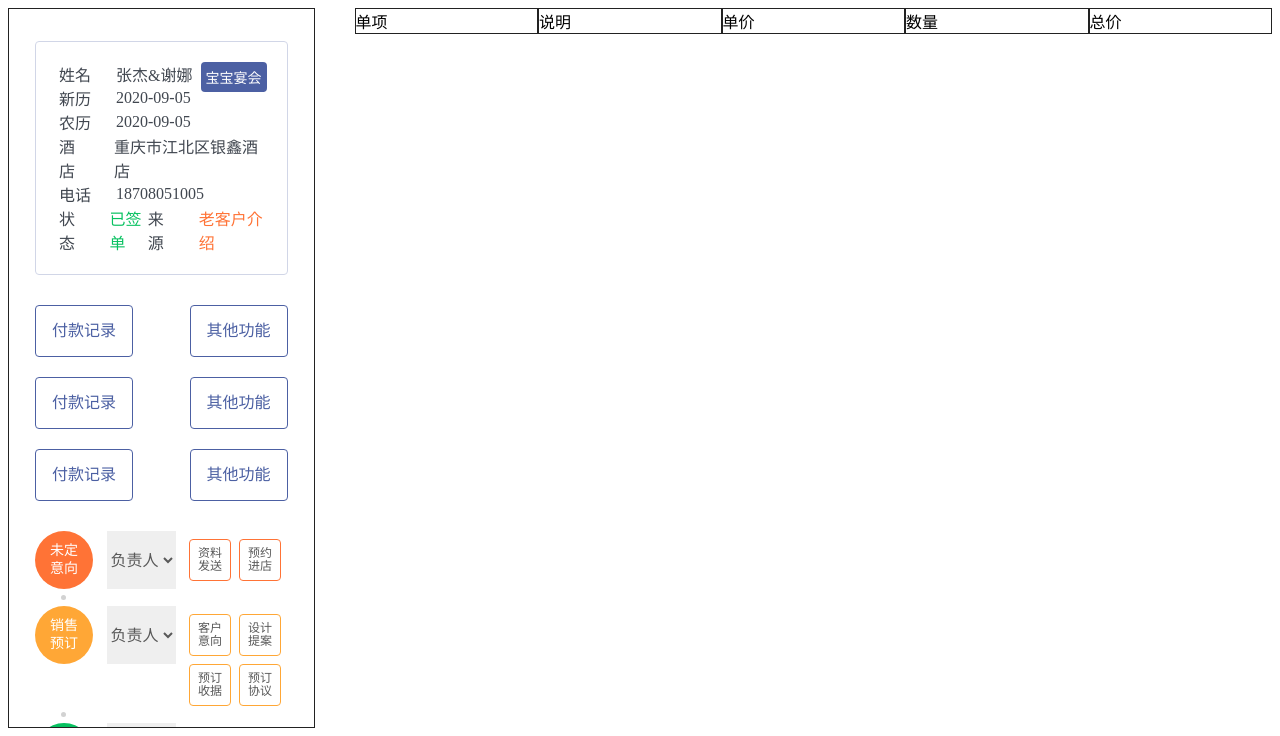
Repository: Lairuola/wedding-1
Page: index.html
The author's editor kept a copy of each file at every save. The page is drawn from the files as they stood at one save, then again after the next save.
The browser window is 1280 px wide. The pictures show the whole page.

Above is the page before, as saved 2020-12-24 15:29:31.

### index.html
<!--
 * @Author       : 濑若拉
 * @Date         : 2020-12-17 10:22:14
 * @LastEditors  : 濑若拉
 * @LastEditTime : 2020-12-24 15:29:31
 * @FilePath     : /slidebar/index.html
-->


<!DOCTYPE html>
<html lang="en">

<head>
  <meta charset="UTF-8">
  <meta name="viewport" content="width=device-width, initial-scale=1.0">
  <title>Document</title>
  <style>
    .slide-left {
      width: 402px;
      height: 100vh;
      box-sizing: border-box;
      padding: 32px 26px;
      overflow-y: auto;
      display: flex;
      flex-direction: column;
      align-items: center;
      border: 1px solid #222;
    }

    .info {
      width: 100%;
      height: 328px;
      display: flex;
      flex-direction: column;
      justify-content: space-between;
      padding: 20px 23px;
      position: relative;
      box-sizing: border-box;
      border-radius: 4px;
      border: solid 1px #d1d6e7;
    }

    .info .row {
      width: 100%;
      display: flex;
      font-size: 16px;
      color: #414750;
      flex-direction: row;
      align-items: center;
    }

    .info .row .label,
    .info .end-row .item .label {
      margin-right: 25px;
    }

    .info .end-row {
      width: 100%;
      display: flex;
      flex-direction: row;
      align-items: center;
      justify-content: space-between;
      font-size: 16px;
      color: #414750;
    }

    .info .end-row .item {
      display: flex;
      flex-direction: row;
      align-items: center;
      font-size: 16px;
      color: #414750;
    }

    .info .info-tag {
      padding: 5px;
      background-color: #4c60a3;
      border-radius: 4px;
      font-size: 14px;
      color: #fff;
      position: absolute;
      top: 20px;
      right: 20px;
    }

    .btn-area {
      width: 100%;
      display: flex;
      flex-direction: row;
      align-items: center;
      justify-content: space-between;
      flex-wrap: wrap;
      margin-top: 10px;
      margin-bottom: 30px;
    }

    .btn-area .btn {
      width: 96px;
      height: 50px;
      background-color: #ffffff;
      border-radius: 4px;
      border: solid 1px #4c60a3;
      font-size: 16px;
      color: #4c60a3;
      text-align: center;
      line-height: 50px;
      margin-top: 20px;
    }

    .bot-area {
      width: 100%;
      display: flex;
      flex-direction: column;
    }

    .bot-area .item {
      width: 100%;
      display: flex;
      flex-direction: row;
      position: relative;
      padding-bottom: 17px;
    }

    .bot-area .item .circle {
      width: 58px;
      height: 58px;
      color: #fff;
      border-radius: 100%;
      display: flex;
      align-items: center;
      justify-content: center;
    }

    .bot-area .item .circle .text {
      width: 28px;
      height: 36px;
      font-size: 14px;
      line-height: 18px;
    }

    .bot-area .item .select-wrap {
      width: 96px;
      text-align: center;
    }

    .bot-area .item .select-wrap .bot-select {
      border: none;
      outline: none;
      color: #595959;
      font-size: 16px;
      height: 58px;
    }

    .bot-area .item .btn-row {
      flex: 1;
      display: flex;
      flex-direction: row;
      flex-wrap: wrap;
      margin-right: -8px;
    }

    .bot-area .item .btn-row .btn {
      width: 40px;
      height: 40px;
      border-radius: 4px;
      margin-right: 8px;
      border: 1px solid;
      display: flex;
      align-items: center;
      justify-content: center;
      margin-top: 8px;
      color: #595959;
    }

    .bot-area .item .btn-row .btn .word {
      width: 24px;
      height: 26px;
      font-size: 12px;
      line-height: 13px;
      letter-spacing: 0px;
    }

    .bot-area .item .dot {
      width: 5px;
      height: 5px;
      background-color: #d2d2d2;
      border-radius: 100%;
      position: absolute;
      bottom: 6px;
      left: 26px;
    }

    .bot-area .item .btn-row .btn.orange {
      border-color: #ff7336;
    }

    .bot-area .item .btn-row .btn.orange:hover {
      background-color: #ff7336;
      color: #fff;
    }

    .bot-area .item .btn-row .btn.yellow {
      border-color: #ffa736;
    }

    .bot-area .item .btn-row .btn.yellow:hover {
      background-color: #ffa736;
      color: #fff;
    }

    .bot-area .item .btn-row .btn.green {
      border-color: #07c160;
    }

    .bot-area .item .btn-row .btn.green:hover {
      background-color: #07c160;
      color: #fff;
    }

    .bot-area .item .btn-row .btn.aqua {
      border-color: #0bc8cb;
    }

    .bot-area .item .btn-row .btn.aqua:hover {
      background-color: #0bc8cb;
      color: #fff;
    }

    .bot-area .item .btn-row .btn.blue {
      border-color: #3d9bfb;
    }

    .bot-area .item .btn-row .btn.blue:hover {
      background-color: #3d9bfb;
      color: #fff;
    }

    .bot-area .item .btn-row .btn.cornflowerblue {
      border-color: #4c60a3;
    }

    .bot-area .item .btn-row .btn.cornflowerblue:hover {
      background-color: #4c60a3;
      color: #fff;
    }

    .color-green {
      color: #07c160
    }

    .color-orange {
      color: #ff7336;
    }

    .bg-color-red {
      background-color: #ff7336;
    }

    .bg-color-yellow {
      background-color: #ffa736;
    }

    .bg-color-green {
      background-color: #07c160;
    }

    .bg-color-aqua {
      background-color: #0bc8cb;
    }

    .bg-color-blue {
      background-color: #3d9bfb;
    }

    .bg-color-cornflowerblue {
      background-color: #4c60a3;
    }
  </style>
  <style>
    .my-table {
      width: 100%;
      height: 80vh;
      display: flex;
      flex-direction: column;
      margin-left: 40px;
      /* border: 1px solid #222; */
      /* border: 1px solid #eff1f7; */
      border-collapse: collapse;
    }

    .my-table .rows {
      width: 100%;
      display: flex;
      flex-direction: row;
      align-items: center;
      /* border: 1px solid #eff1f7; */
    }

    .my-table .rows .item {
      flex: 1;
      border: 1px solid #222;
      border-collapse: collapse;
    }
  </style>
</head>

<body style="display: flex;flex-direction: row;">
  <div class="slide-left">
    <!-- 资料 -->
    <div class="info">
      <div class="row">
        <div class="label">姓名</div>
        <div class="content">张杰&谢娜</div>
      </div>
      <div class="row">
        <div class="label">新历</div>
        <div class="content">2020-09-05</div>
      </div>
      <div class="row">
        <div class="label">农历</div>
        <div class="content">2020-09-05</div>
      </div>
      <div class="row">
        <div class="label">酒店</div>
        <div class="content">重庆市江北区银鑫酒店</div>
      </div>
      <div class="row">
        <div class="label">电话</div>
        <div class="content">18708051005</div>
      </div>
      <div class="end-row">
        <div class="item">
          <div class="label">状态</div>
          <div class="content color-green">已签单</div>
        </div>
        <div class="item">
          <div class="label">来源</div>
          <div class="content color-orange">老客户介绍</div>
        </div>
      </div>
      <!-- tag -->
      <div class="info-tag">宝宝宴会</div>
    </div>
    <!-- btn-area -->
    <div class="btn-area">
      <div class="btn">付款记录</div>
      <div class="btn">其他功能</div>
      <div class="btn">付款记录</div>
      <div class="btn">其他功能</div>
      <div class="btn">付款记录</div>
      <div class="btn">其他功能</div>
    </div>
    <!-- bot-area -->
    <div class="bot-area">
      <div class="item">
        <div class="circle bg-color-red">
          <div class="text">未定意向</div>
        </div>
        <div class="select-wrap">
          <select class='bot-select' name="" id="">
            <option value="">负责人</option>
          </select>
        </div>
        <div class="btn-row">
          <div class="btn orange">
            <div class="word">资料发送</div>
          </div>
          <div class="btn orange">
            <div class="word">预约进店</div>
          </div>
        </div>
        <div class="dot"></div>
      </div>
      <div class="item">
        <div class="circle bg-color-yellow">
          <div class="text">销售预订</div>
        </div>
        <div class="select-wrap">
          <select class='bot-select' name="" id="">
            <option value="">负责人</option>
          </select>
        </div>
        <div class="btn-row">
          <div class="btn yellow">
            <div class="word">客户意向</div>
          </div>
          <div class="btn yellow">
            <div class="word">设计提案</div>
          </div>
          <div class="btn yellow">
            <div class="word">预订收据</div>
          </div>
          <div class="btn yellow">
            <div class="word">预订协议</div>
          </div>
        </div>
        <div class="dot"></div>
      </div>
      <div class="item">
        <div class="circle bg-color-green">
          <div class="text">设计策划</div>
        </div>
        <div class="select-wrap">
          <select class='bot-select' name="" id="">
            <option value="">负责人</option>
          </select>
        </div>
        <div class="btn-row">
          <div class="btn green">
            <div class="word">策划设计</div>
          </div>
          <div class="btn green">
            <div class="word">价格明细</div>
          </div>
          <div class="btn green">
            <div class="word">正式合同</div>
          </div>
          <div class="btn green">
            <div class="word">搭建清单</div>
          </div>
        </div>
        <div class="dot"></div>
      </div>
      <div class="item">
        <div class="circle bg-color-aqua">
          <div class="text">服务统筹</div>
        </div>
        <div class="select-wrap">
          <select class='bot-select' name="" id="">
            <option value="">负责人</option>
          </select>
        </div>
        <div class="btn-row">
          <div class="btn aqua">
            <div class="word">统筹服务</div>
          </div>
        </div>
        <div class="dot"></div>
      </div>
      <div class="item">
        <div class="circle bg-color-blue">
          <div class="text">执行搭建</div>
        </div>
        <div class="select-wrap">
          <select class='bot-select' name="" id="">
            <option value="">负责人</option>
          </select>
        </div>
        <div class="btn-row">
          <div class="btn blue">
            <div class="word">搭建确认</div>
          </div>
          <div class="btn blue">
            <div class="word">执行完成</div>
          </div>
        </div>
        <div class="dot"></div>
      </div>
      <div class="item">
        <div class="circle bg-color-cornflowerblue">
          <div class="text">成本结算</div>
        </div>
        <div class="select-wrap">
          <select class='bot-select' name="" id="">
            <option value="">负责人</option>
          </select>
        </div>
        <div class="btn-row">
          <div class="btn cornflowerblue">
            <div class="word">成本核算</div>
          </div>
        </div>
      </div>
    </div>
  </div>
  <div class="my-table">
    <div class="rows">
      <div class="item">单项</div>
      <div class="item">说明</div>
      <div class="item">单价</div>
      <div class="item">数量</div>
      <div class="item">总价</div>
    </div>
  </div>
</body>

</html>

After the next save:
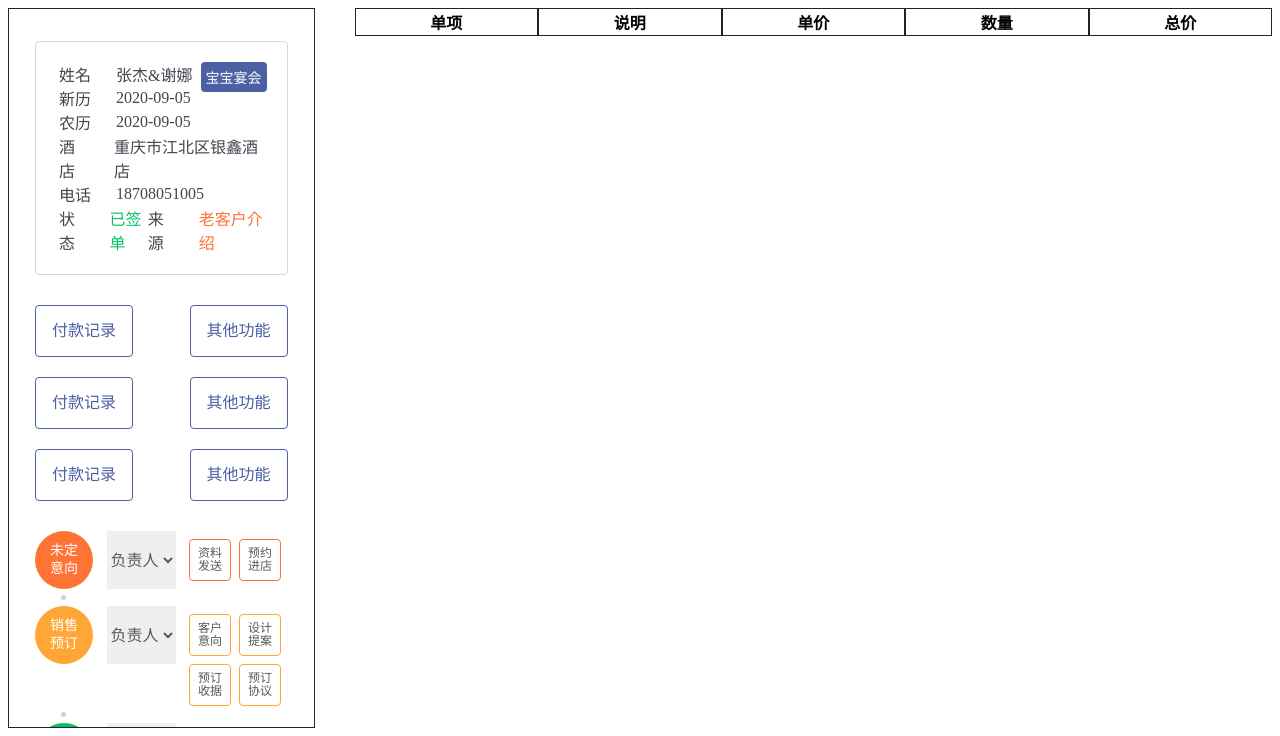
Saved 86 s later.
--- a/index.html
+++ b/index.html
@@ -2,7 +2,7 @@
  * @Author       : 濑若拉
  * @Date         : 2020-12-17 10:22:14
  * @LastEditors  : 濑若拉
- * @LastEditTime : 2020-12-24 15:29:31
+ * @LastEditTime : 2020-12-24 15:30:57
  * @FilePath     : /slidebar/index.html
 -->
 
@@ -473,15 +473,15 @@
       </div>
     </div>
   </div>
-  <div class="my-table">
-    <div class="rows">
-      <div class="item">单项</div>
-      <div class="item">说明</div>
-      <div class="item">单价</div>
-      <div class="item">数量</div>
-      <div class="item">总价</div>
-    </div>
-  </div>
+  <table class="my-table">
+    <tr class="rows">
+      <th class="item">单项</th>
+      <th class="item">说明</th>
+      <th class="item">单价</div>
+      <th class="item">数量</div>
+      <th class="item">总价</th>
+    </tr>
+    </tab>
 </body>
 
 </html>

After the save that followed:
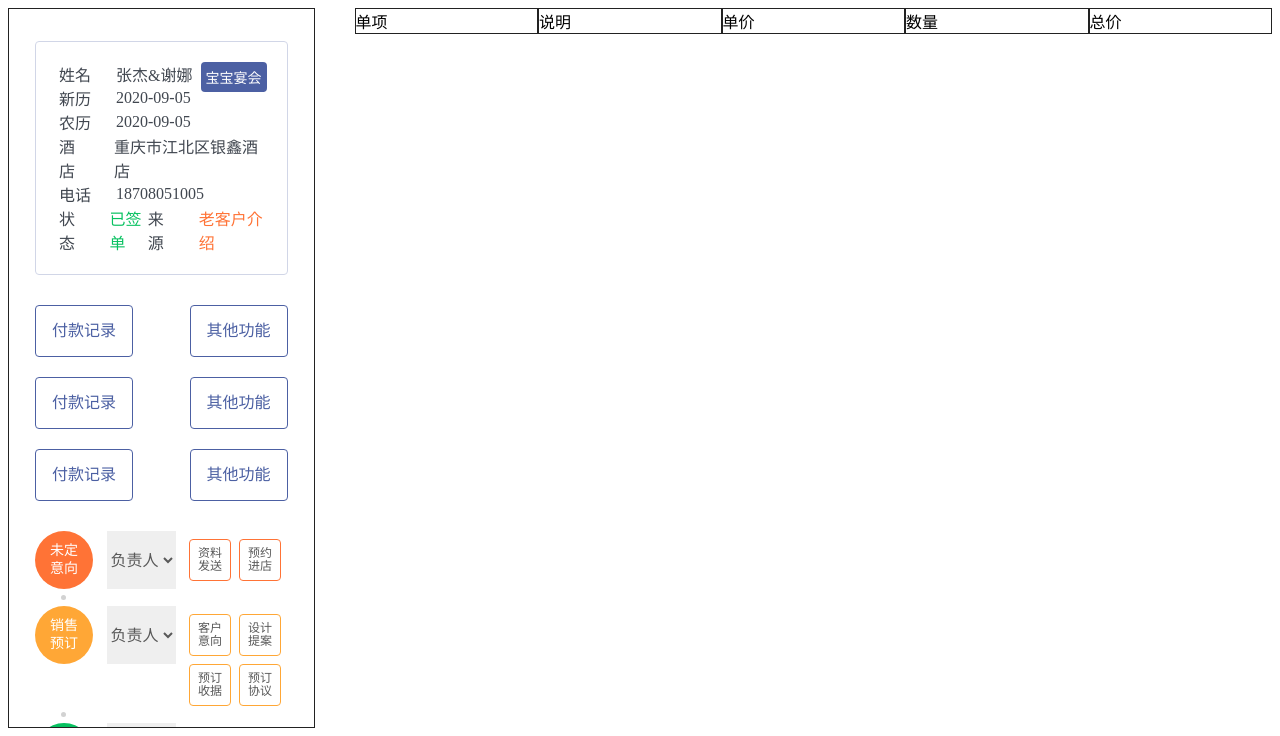
Saved 30 s later.
--- a/index.html
+++ b/index.html
@@ -2,7 +2,7 @@
  * @Author       : 濑若拉
  * @Date         : 2020-12-17 10:22:14
  * @LastEditors  : 濑若拉
- * @LastEditTime : 2020-12-24 15:30:57
+ * @LastEditTime : 2020-12-24 15:31:27
  * @FilePath     : /slidebar/index.html
 -->
 
@@ -473,15 +473,15 @@
       </div>
     </div>
   </div>
-  <table class="my-table">
-    <tr class="rows">
-      <th class="item">单项</th>
-      <th class="item">说明</th>
-      <th class="item">单价</div>
-      <th class="item">数量</div>
-      <th class="item">总价</th>
-    </tr>
-    </tab>
+  <div class="my-table">
+    <div class="rows">
+      <div class="item">单项</div>
+      <div class="item">说明</div>
+      <div class="item">单价</div>
+      <div class="item">数量</div>
+      <div class="item">总价</div>
+    </div>
+  </div>
 </body>
 
 </html>
